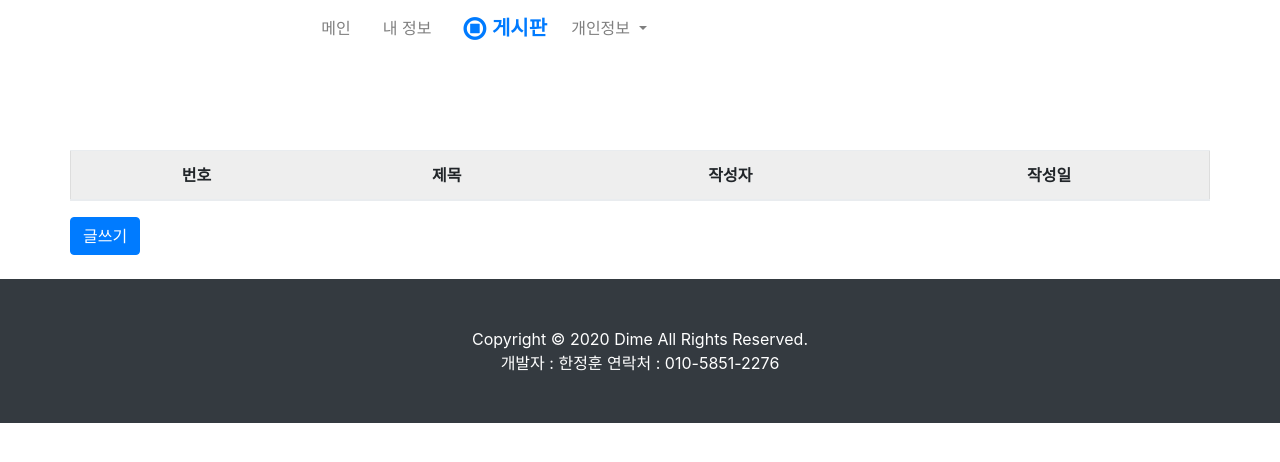
Repository: elecdime/jspboard
Page: http://localhost/BBS/projectbbs/bbs.jsp
These files come from the project's save history. The page is drawn as it stood at one moment and after the next save; the edit follows.
The browser window is 1280 px wide. The pictures show the whole page.
Some web libraries are served in a nearby version. The page is served by Tomcat 9. Queries for data that is not in the repository find no rows.

Above is the page before, as saved 2020-07-08 12:36:12.

After the next save:
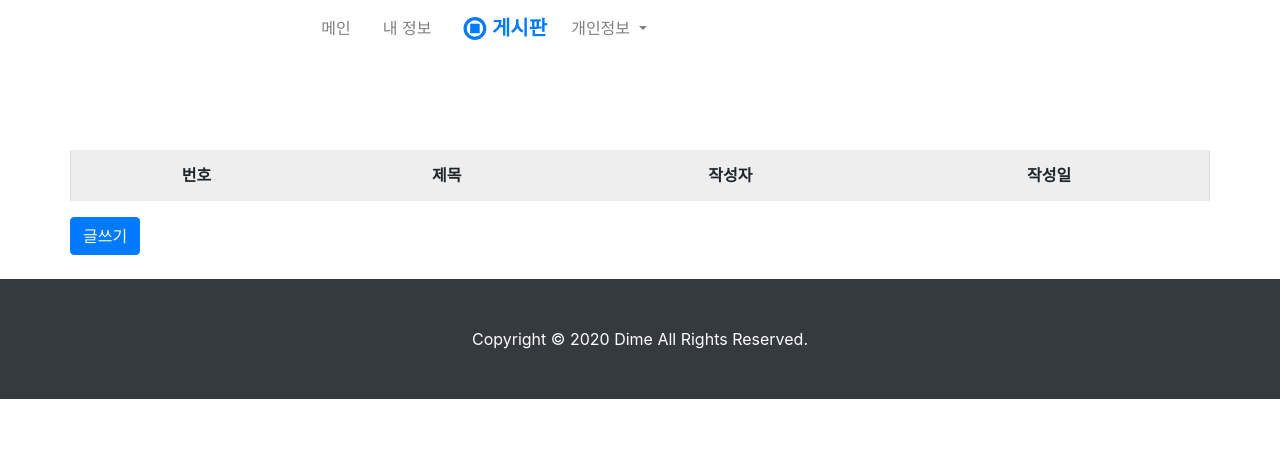
Saved 89 s later.
--- a/dime/project Web/BBS/WebContent/projectbbs/bottom.jsp
+++ b/dime/project Web/BBS/WebContent/projectbbs/bottom.jsp
@@ -16,8 +16,6 @@
 
 
 Copyright &copy; 2020 Dime All Rights Reserved.
-<br>
-개발자 : 한정훈 연락처 : 010-5851-2276
 </footer>
 </body>
 </html>
